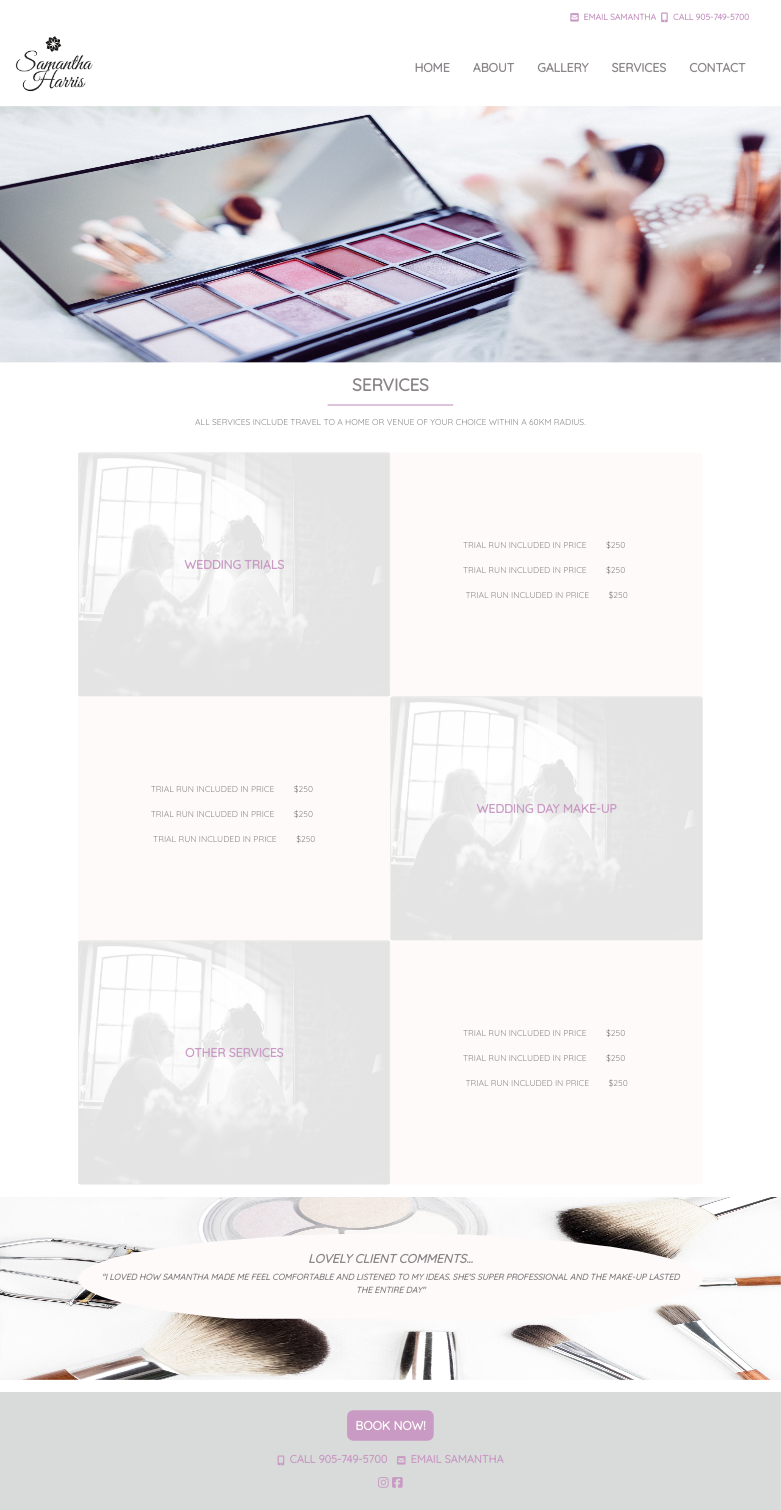
Repository: JayneyNix/milestone-1-UCFD
Page: services.html
The author's editor kept a record of every edit. The page is drawn from the files as they stood at one moment, then again after the next edit.
The browser window is 1280 px wide. The pictures show the whole page, at 61% of full size.
Some web libraries are served in a nearby version.

Above is the page before.

After the next edit:
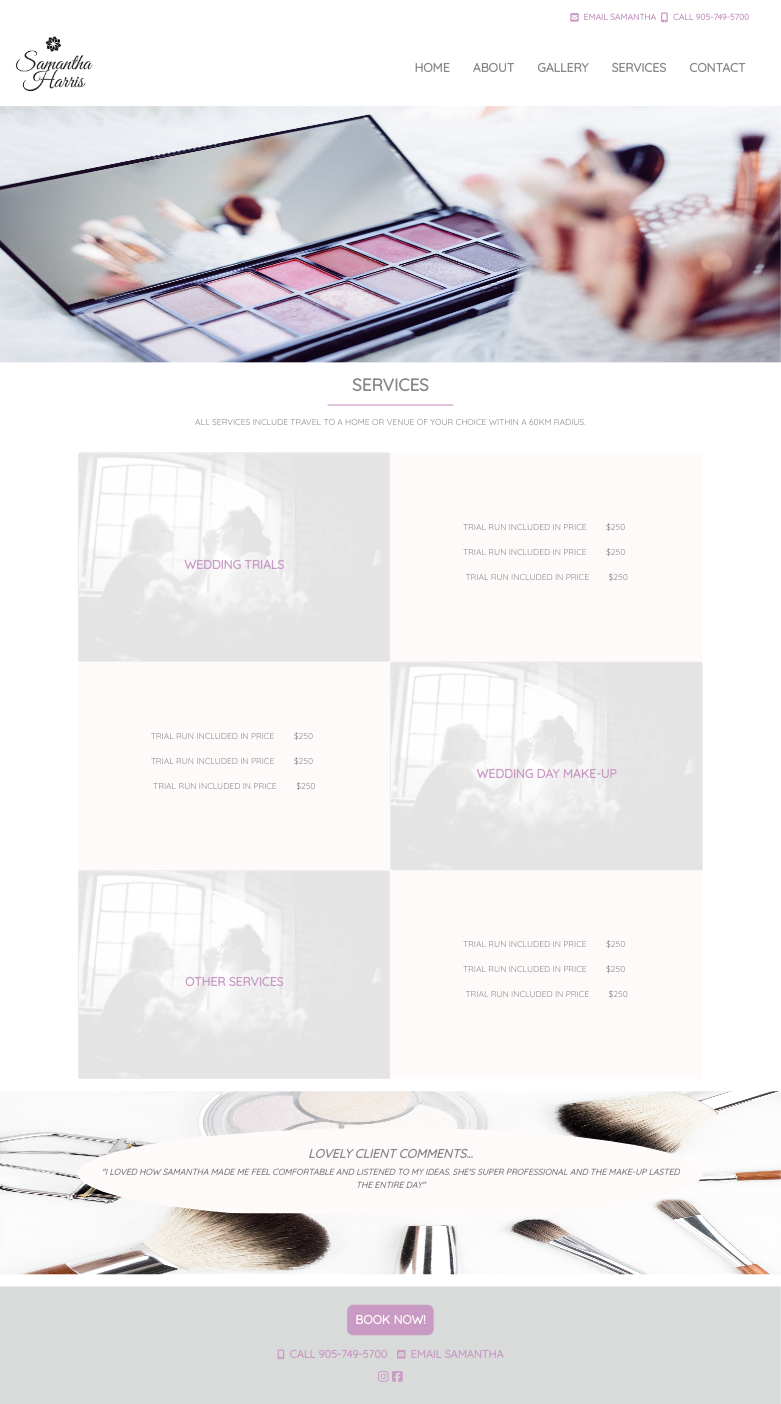
The edit:
--- a/Assets/style.css
+++ b/Assets/style.css
@@ -502,7 +502,7 @@
 }
 
 .pricing-row {
-    height:400px;
+    height:auto;
 }
 
 /*--Services Page--*/
